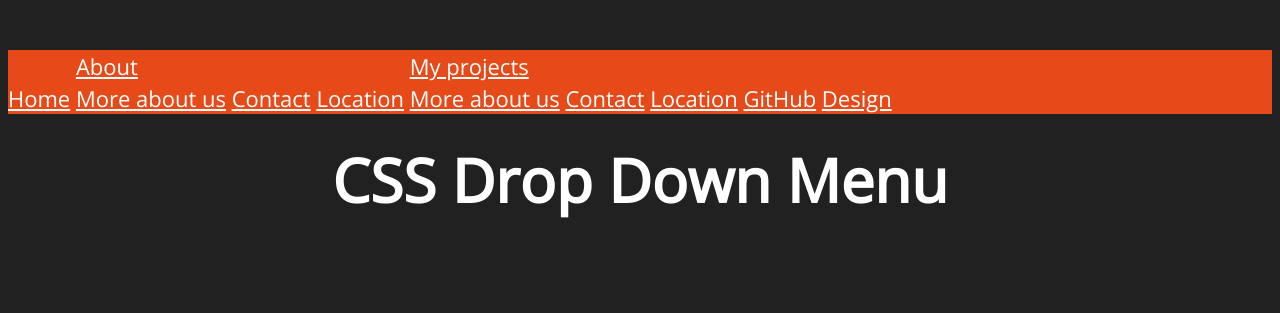
Repository: alikahwaji/HTML-CSS-workshop
Page: index.html
An editor plug-in stored every save of this project. The page is shown before and after the next save, followed by the edit.
The browser window is 1280 px wide. The pictures show the whole page.

Above is the page before, as saved 2019-10-29 12:02:48.

### index.html
<!DOCTYPE html>
<!--[if lt IE 7]>      <html class="no-js lt-ie9 lt-ie8 lt-ie7"> <![endif]-->
<!--[if IE 7]>         <html class="no-js lt-ie9 lt-ie8"> <![endif]-->
<!--[if IE 8]>         <html class="no-js lt-ie9"> <![endif]-->
<!--[if gt IE 8]><!--> <html class="no-js"> <!--<![endif]-->
    <head>
        <meta charset="utf-8">
        <meta http-equiv="X-UA-Compatible" content="IE=edge">
        <title></title>
        <meta name="description" content="">
        <meta name="viewport" content="width=device-width, initial-scale=1">
        <link rel="stylesheet" href="index.css">
    </head>
    <body>
        <div id="container">
            <nav>
                <ul>
                    <li><a href="#">Home</a></li>
                    <li><a href="#">About</a>
                        <!-- About dropdown list  -->
                        <ul>
                            <li><a href="#">More about us</a></li>
                            <li><a href="#">Contact</a></li>
                            <li><a href="#">Location</a></li>
                        </ul>
                    </li>
                    <li><a href="#">My projects</a>
                        <!-- My projects dropdown list -->
                        <ul>
                                <li><a href="#">More about us</a></li>
                                <li><a href="#">Contact</a></li>
                                <li><a href="#">Location</a></li>
                        </ul>
                    </li>
                    <li><a href="#">GitHub</a></li>
                    <li><a href="#">Design</a></li>
                </ul>
            </nav>
            <h1>CSS Drop Down Menu</h1>
        </div>
    </body>
</html>

### index.css
@import url(https://fonts.googleapis.com/css?family=Open+Sans);
@import url(https://fonts.googleapis.com/css?family=Bree+Serif);

body{
    background: #212121;
    font-size: 22px;
    line-height: 32px;
    color: #ffffff;
    word-wrap: break-word !important;
    font-family: "Open Sans", sans-serif;
}

h1 {
    font-size: 60px;
    text-align: center;
    color: #fff;
}

a {
    color: #fff;
}

#container{
    margin: 0 auto;
}

nav {
    margin: 50px 0;
    background-color: #e64a19;
}

nav ul {
    padding: 0;
    margin: 0;
    list-style: none;
    position: relative;
}

nav ul li {
    display: inline-block;
    background-color: #e64a19;
}

After the next save:
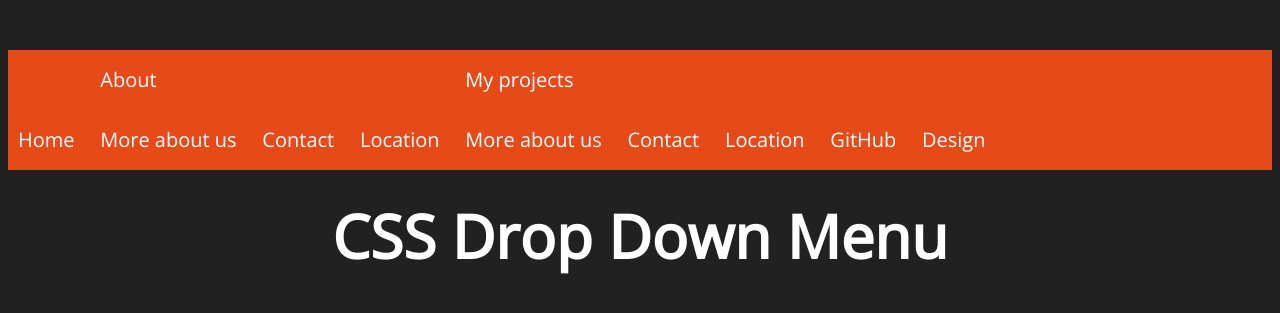
Saved 87 s later.
--- a/index.css
+++ b/index.css
@@ -40,3 +40,12 @@ nav ul li {
     display: inline-block;
     background-color: #e64a19;
 }
+
+nav a {
+    display: block;
+    padding: 0 10px;
+    color: #fff;
+    font-size: 20px;
+    line-height: 60px;
+    text-decoration: none;
+}
